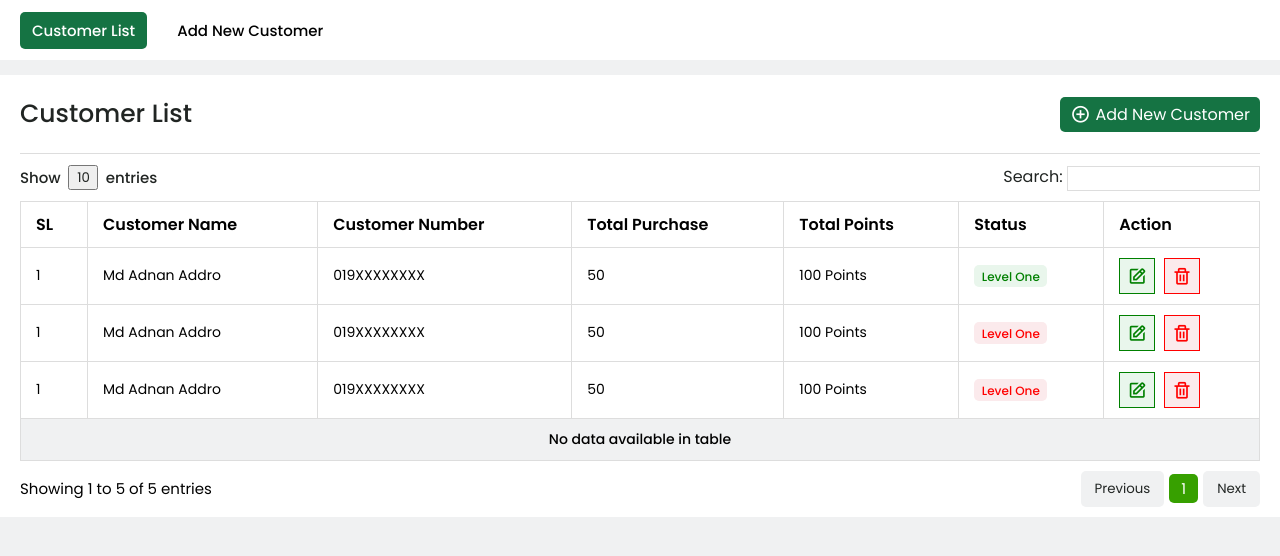
Repository: codebyaddro/customer-page
Page: customer.html
The author's editor kept a copy of each file at every save. The page is drawn from the files as they stood at one save, then again after a run of saves.
The browser window is 1280 px wide. The pictures show the whole page.

Above is the page before, as saved 2025-02-20 14:46:25.

After the next 6 saves:
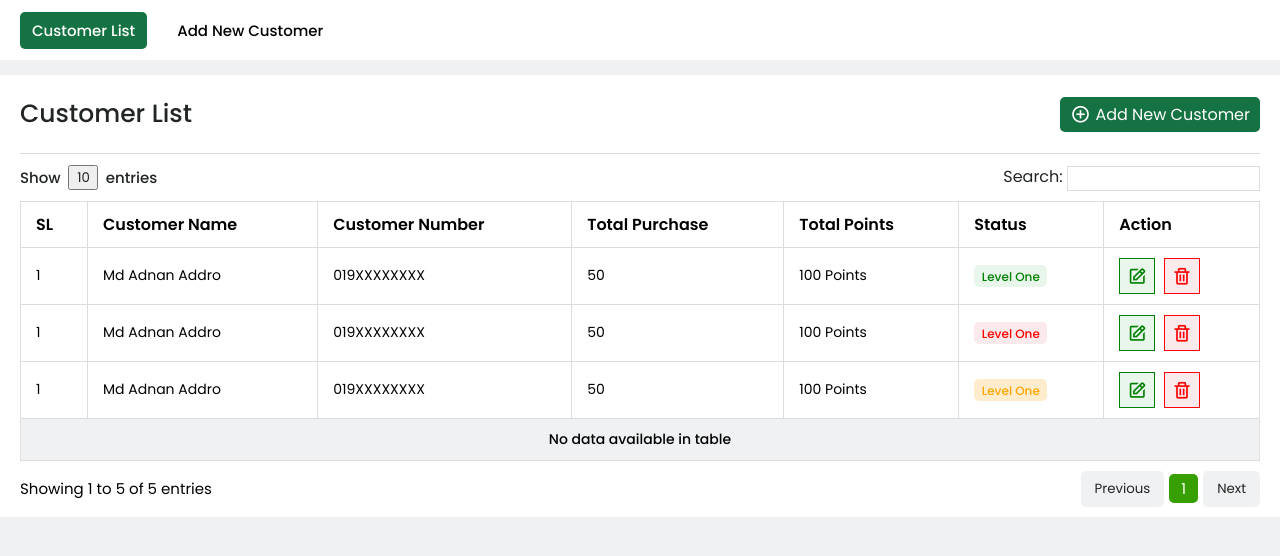
The 6 saves are shown as one change because they came seconds apart.
The last was saved 53 s later.
--- a/css/customer.css
+++ b/css/customer.css
@@ -252,8 +252,8 @@ tbody tr:hover {
 }
 
 .cba-cusc-ls3 {
-    color: var(--red);
-    background-color: var(--lt-red);
+    color: var(--orange);
+    background-color: var(--lt-orange);
     font-size: 12px;
     font-weight: 500;
     padding: 2.5px 7.5px;
